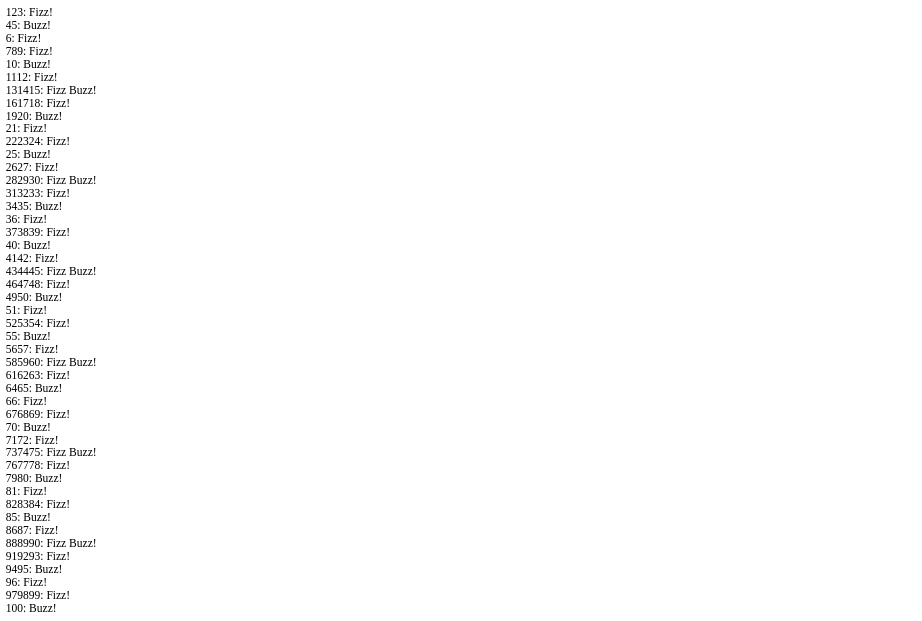
Repository: QuackingtonEsq/php-course
Page: http://localhost/Fizzbuzz.php
The author's editor kept a record of every edit. The page is drawn from the files as they stood at one moment, then again after the next edit.
The browser window is 1280 px wide. The pictures show the whole page, at 72% of full size.
The page is run by PHP 8.4 with error messages shown; the project is at /var/www/html/.

Above is the page before.

### Fizzbuzz.php
<?php
$x = 1;


while ($x <= 100) {
    if ($x%3 == 0 and $x%5 ==0 ) {
        echo "$x: Fizz Buzz! <br/>";
    }

    elseif($x%3 == 0){
        echo "$x: Fizz! <br/>";
    }

    elseif ($x%5 == 0){
        echo "$x: Buzz! <br/>";
    }

    else
        echo $x;

    $x++;

}

?>

After the next edit:
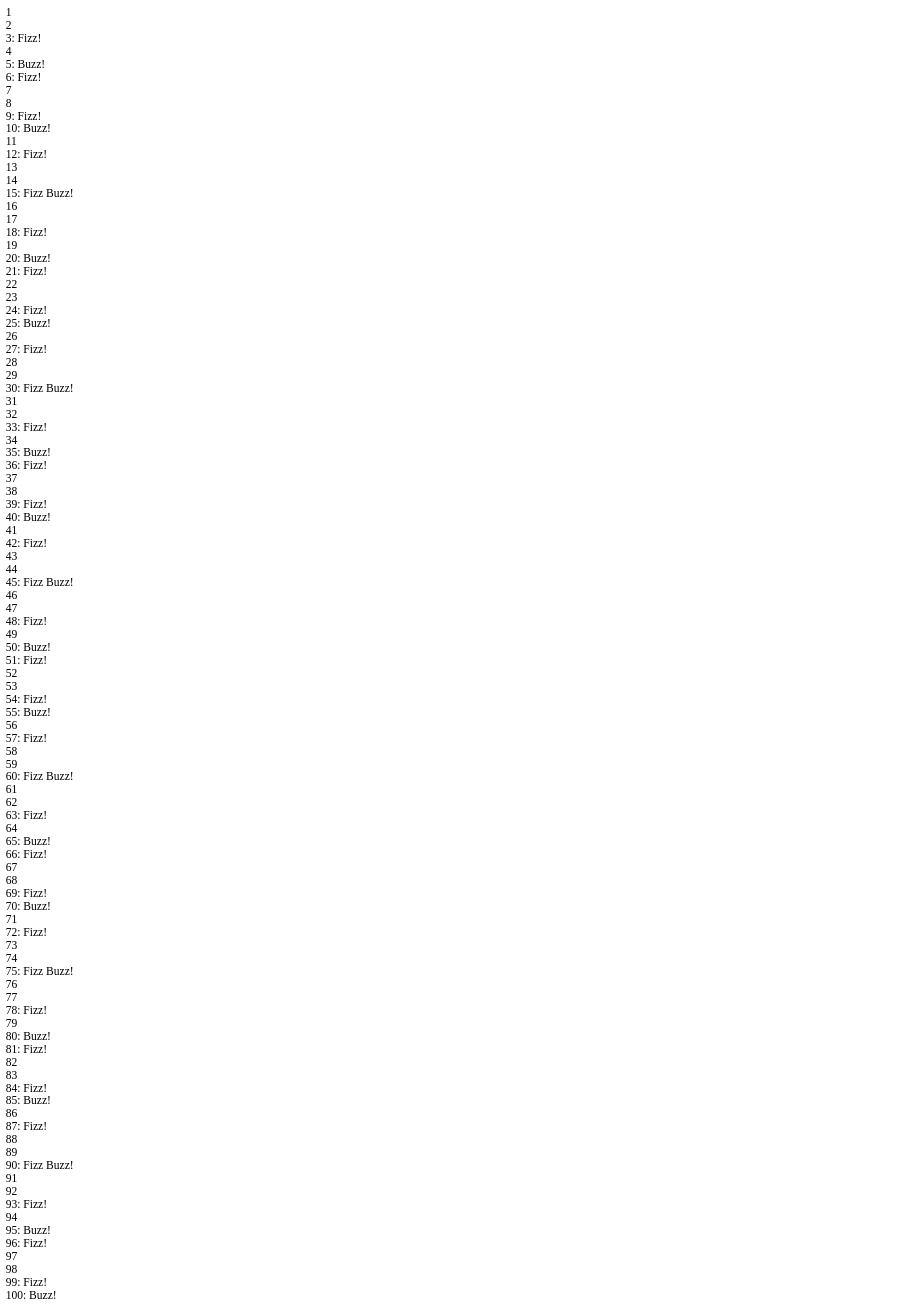
The edit:
--- a/Fizzbuzz.php
+++ b/Fizzbuzz.php
@@ -16,7 +16,7 @@
     }
 
     else
-        echo $x;
+        echo "$x <br/>";
 
     $x++;
 
